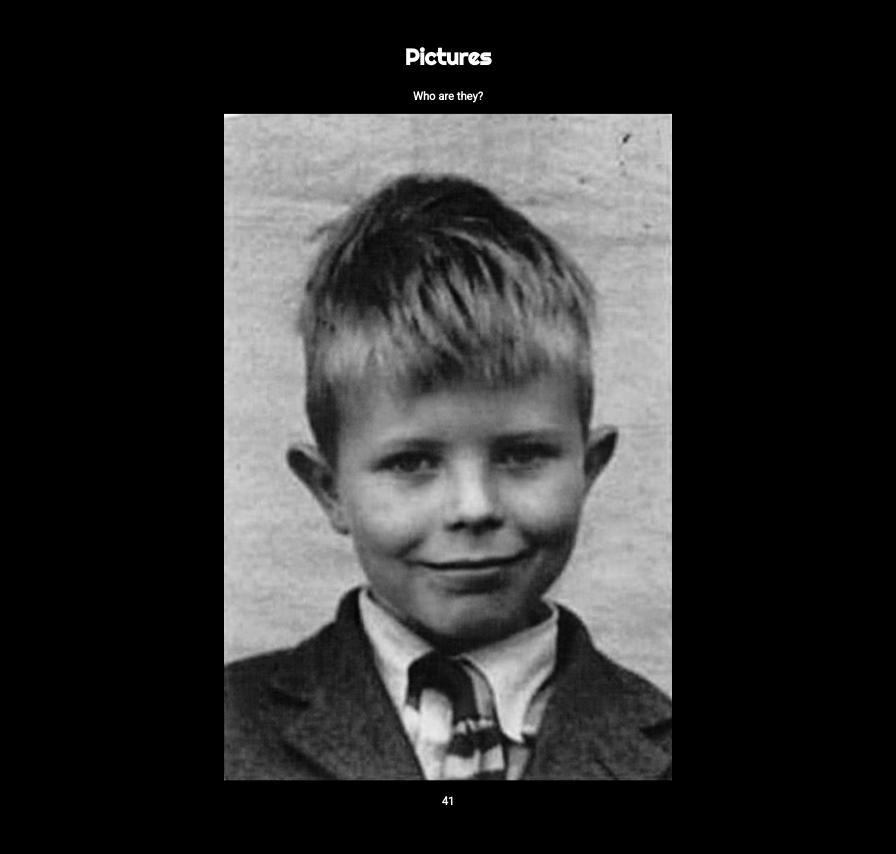
Repository: Domehead123/quiz
Page: index.html
The author's editor kept a record of every edit. The page is drawn from the files as they stood at one moment, then again after the next edit.
The browser window is 1280 px wide. The pictures show the part of the page from y = 2264 to 4184 px (the page is 3484 px tall before and 4184 px after), at 70% of full size.

Above is the page before.

### index.html
<!DOCTYPE html>
<html lang="en">
<head>
    <meta charset="UTF-8">
    <meta name="viewport" content="width=device-width, initial-scale=1.0">
    <meta http-equiv="X-UA-Compatible" content="ie=edge">
    <link href="https://fonts.googleapis.com/css2?family=Righteous&family=Roboto&display=swap" rel="stylesheet">
    <link rel="stylesheet" href="style.css" type="text/css" />
    <title>Quiz</title>
</head>
<body>

<div class="container">
    <h1>Quiz</h1>
    <p>Fifty questions. You can google the answers if you want, but you may have to do a bit more detective work.</p>
    <p>The answers will appear here at 7pm on Sunday 10 May.</p>
    </div>

    <div class="section one">
        <div class="container">
        <h2>Number Abbreviations</h2>


        <p>e.g 7 D in a W = 7 Days in a Week</p>
        <ol>
        <li>12 S of the Z</li>
<li>1000 Y in a M</li>
<li>13 in a B D</li>
<li>S W of H the E</li>
<li>86,400 S in a D</li>
<li>21 D on a 6-S D</li>
<li>An O has 3 H and up to 9 B</li>
<li>H normally have 23 P of C</li>
<li>12 A have W on the M</li>
<li>42 was the A to L, the U and E</li>
</ol>
        </div>
    </div>

        <div class="section two">
        <div class="container">
        <h2>Anagrams</h2>



        <ol start="11">
        <li>Prod Tonally (Singer)</li>
<li>Ablutions (Sportsman)</li>
<li>Bionic Drama (Politician)</li>
<li>A Nude Rove (TV programme)</li>
<li>Smearing Pro (TV Presenter)</li>
<li>Easily Corona (Film)</li>
<li>Gushing Therewith Book)</li>
<li>Actions Anew (Scientist)</li>

</ol>
        </div>
    </div>


        <div class="section three">
        <div class="container">
              <h2>Sequences</h2>
   <p>What comes next?</p>
        <ol start="21">
        <li>M, V, E, M, J, S, U, ____</li>
 <li>William, Patrick, Jon, Tom, Peter, Colin, ____</li>
 <li>2, 5, 10, 17, 26, 37, ____</li>
 <li>Sergeant, Nurse, Teacher, Constable, ____</li>
 <li>Wood, Tin, Crystal, Porcelain, ____</li>
 <li>Ghana, Togo, Burkina Faso, Mali, Algeria, Spain, France, ____</li>
 <li>3, 3, 5, 4, 4, 3, 5, 5, 4, ____</li>
 <li>1, 18, 4, 13, 6, ____</li>
 <li>FF0000, FFA500, FFFF00, 008000, 0000FF, 4B0082, ____</li>
 <li>1948, 1982, 2013, 2015, 2018, 1984, 2019, ____</li>

</ol>
        </div>
    </div>


        <div class="section four">
        <div class="container">
        <h2>Connections</h2>


        <p>What connects these things? (You really need to think laterally for this)</p>
        <ol start="4">
        <li>Irving Berlin, Bob Hope, Hal Roach, Princess Alice – Duchess of Gloucester</li>
<li>Shakespeare, Blakes 7, Anthony Eden, cosmetics</li>
<li>Brackley, Exeter, Newcastle</li>
<li>The Beatles, chess, New Zealand, Commodore</li>
<li>The Beatles, Sinbad and the Eye of the Tiger, moustache, Lewis Caroll</li>
<li>Argentine, pager, wiki, onager</li>
<li>Laurel and Hardy, Big Brother, Dracula, the Hound of the Baskervilles, Cybernauts, Daleks, Death Star</li>
<li>A berkshire boar, a 1960s TV spy, cognac, a card game</li>
<li>Holly Golightly, FDR, Jim Carrey, Grace Adler</li>
<li>Bombing of Hiroshima, a Serbian-American inventor, Louise Brooks, La Pucelle d'Orléans</li>
</ol>
        </div>
    </div>

        <div class="section five">
        <div class="container">
        <h2>Pictures</h2>


        <p>Who are they?</p>

<div class"image">
    <img src="images/1.jpg">
    <p>41</p>
</div>
        </div>
    </div>


</body>
</html>

### style.css
body {
font-family: 'Roboto', sans-serif;
background: #000;
color: #fff;
margin: 0;
text-align: center;
}

.container {
    width: 80%;
    margin: 0 auto;
}

p {
    font-weight: bold;
}

h1 {
font-family: 'Righteous', cursive;
font-size: 5em;
}

h2 {
font-family: 'Righteous', cursive;
font-size: 2em;
}


.section {
    padding: 30px 0 50px 0;
}

.one {
    background: #333;
    margin-top: 70px;
}

.two {
    background: #666;
}

.one {
    background: #333;
    margin-top: 70px;
}

.one {
    background: #333;
    margin-top: 70px;
}

.one {
    background: #333;
    margin-top: 70px;
}


ol {
    width: 60%;
    text-align: left;
    margin: 0 auto;
}

li  {
margin: 10px 0 ;
}
}

After the next edit:
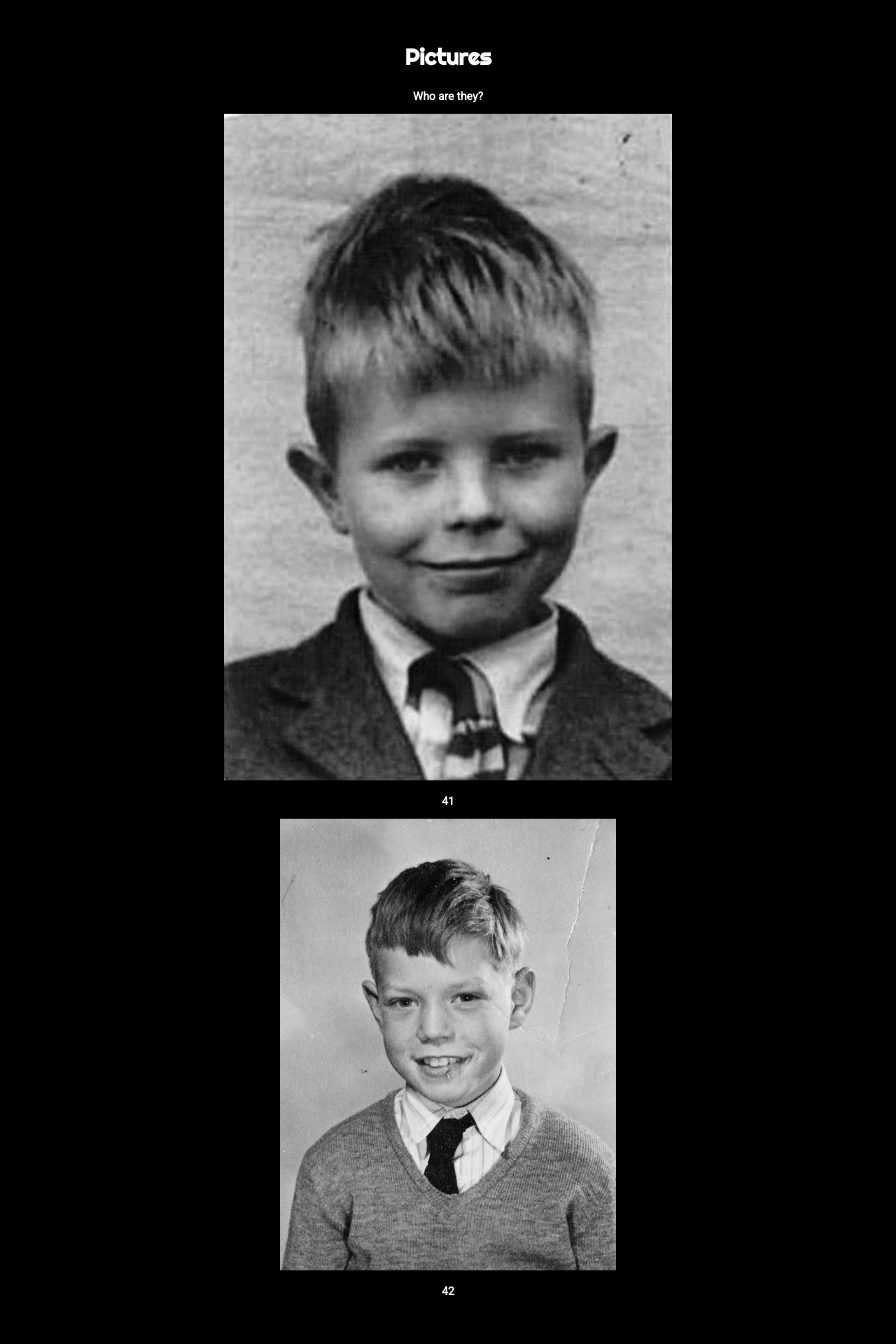
The edit:
--- a/index.html
+++ b/index.html
@@ -111,6 +111,10 @@
     <img src="images/1.jpg">
     <p>41</p>
 </div>
+<div class"image">
+    <img src="images/2.jpg">
+    <p>42</p>
+</div>
         </div>
     </div>
 
